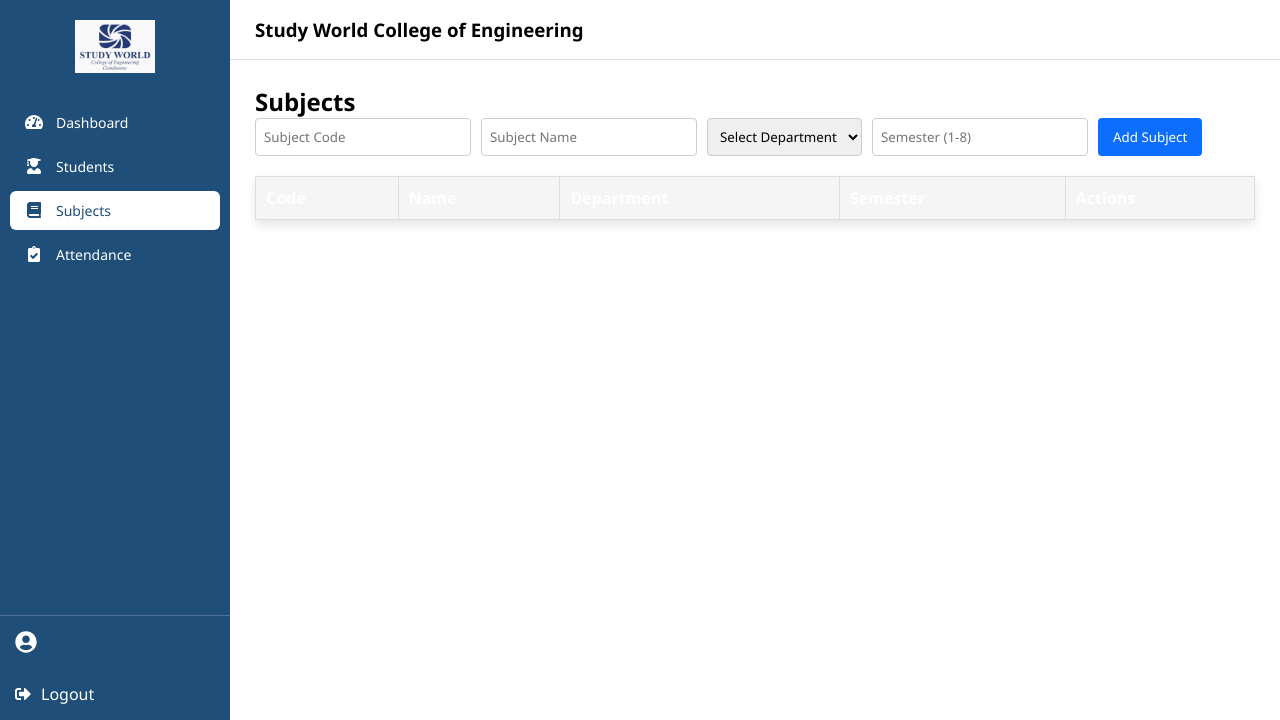
Repository: arthanarieswara/frontend
Page: /subjects
An editor plug-in stored every save of this project. The page is shown before and after the next save, followed by the edit.
The browser window is 1280 px wide. The pictures show the whole page.
The page's requests for data from a server got no answer. The project was rebuilt for these pictures with package versions that can differ from the ones it lists, and the page was loaded fresh each time. No one was signed in, and anything a server would have sent is missing. Also part of the build but not shown: vite.config.js, src/pages/auth/Login.jsx, src/pages/dashboard/Dashboard.css, src/pages/dashboard/Dashboard.jsx, src/pages/departments/Departments.jsx, src/pages/students/Students.css, src/pages/students/Students.jsx, src/pages/faculty/Faculty.css and 8 more.

Above is the page before, as saved 2026-04-01 15:33:17.

After the next save:
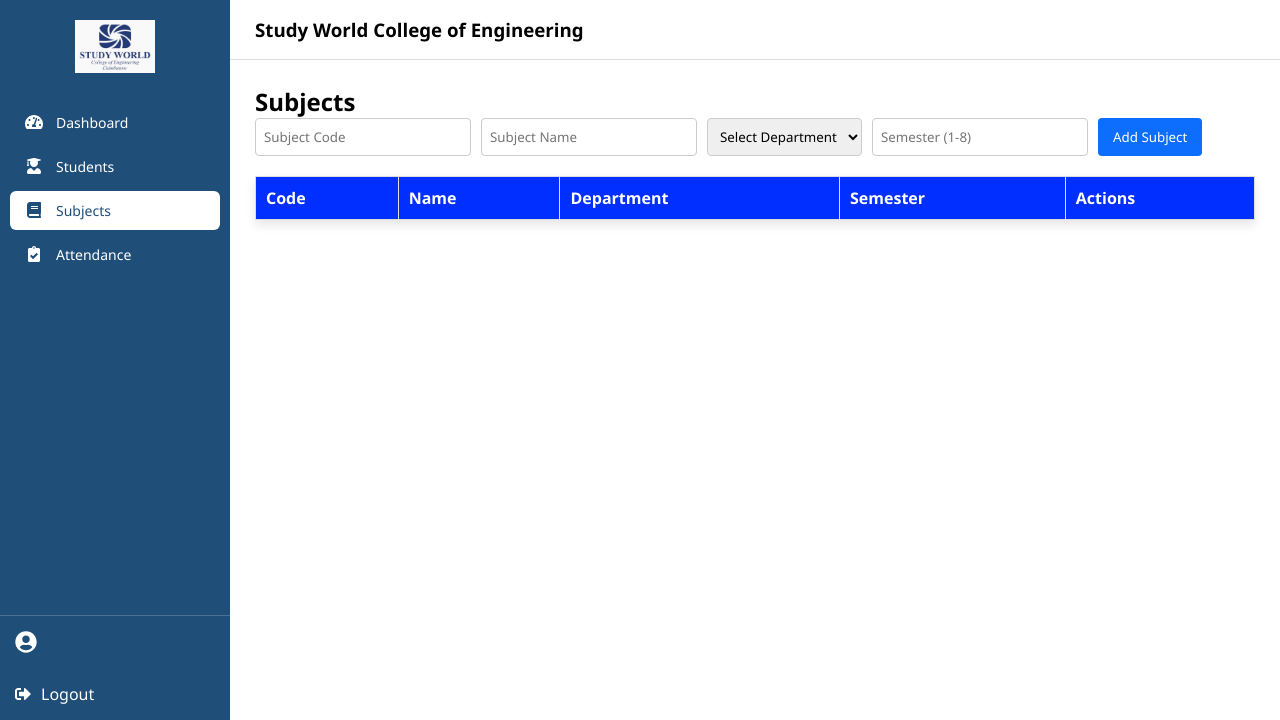
Saved 35 s later.
--- a/src/pages/Subjects/Subjects.css
+++ b/src/pages/Subjects/Subjects.css
@@ -37,7 +37,7 @@
 }
 
 .subject-table th {
-  background-color: #f5f5f5;
+  background-color: #002fff;
 }
 
 .edit-btn {
